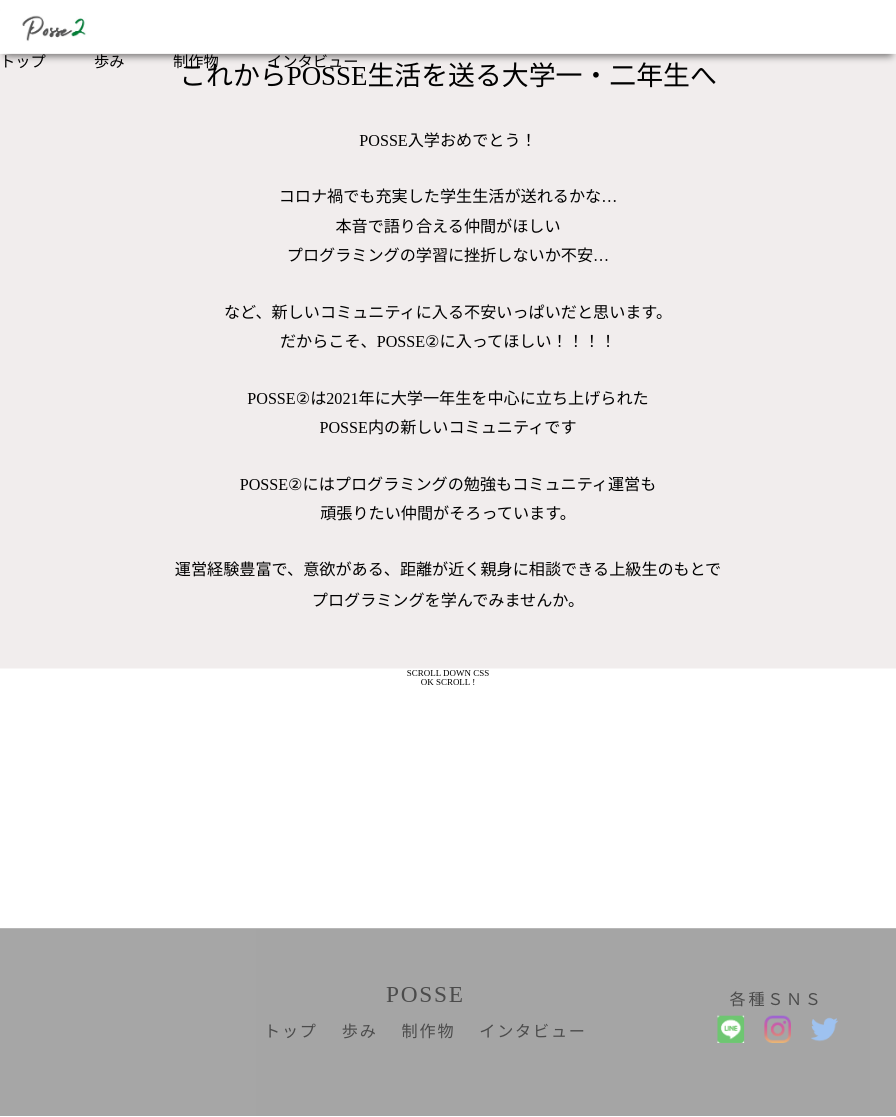
Repository: posse-ap/posse2-hackathon-202202-team2A
Page: topPage/index.html
The author's editor kept a copy of each file at every save. The page is drawn from the files as they stood at one save, then again after a run of saves.
The browser window is 1280 px wide. The pictures show the part of the page from y = 0 to 1920 px (the page is 1595 px tall before and 2698 px after), at 70% of full size.
Some web libraries are served in a nearby version.

Above is the page before, as saved 2022-02-15 03:24:42.

After the next 3 saves:
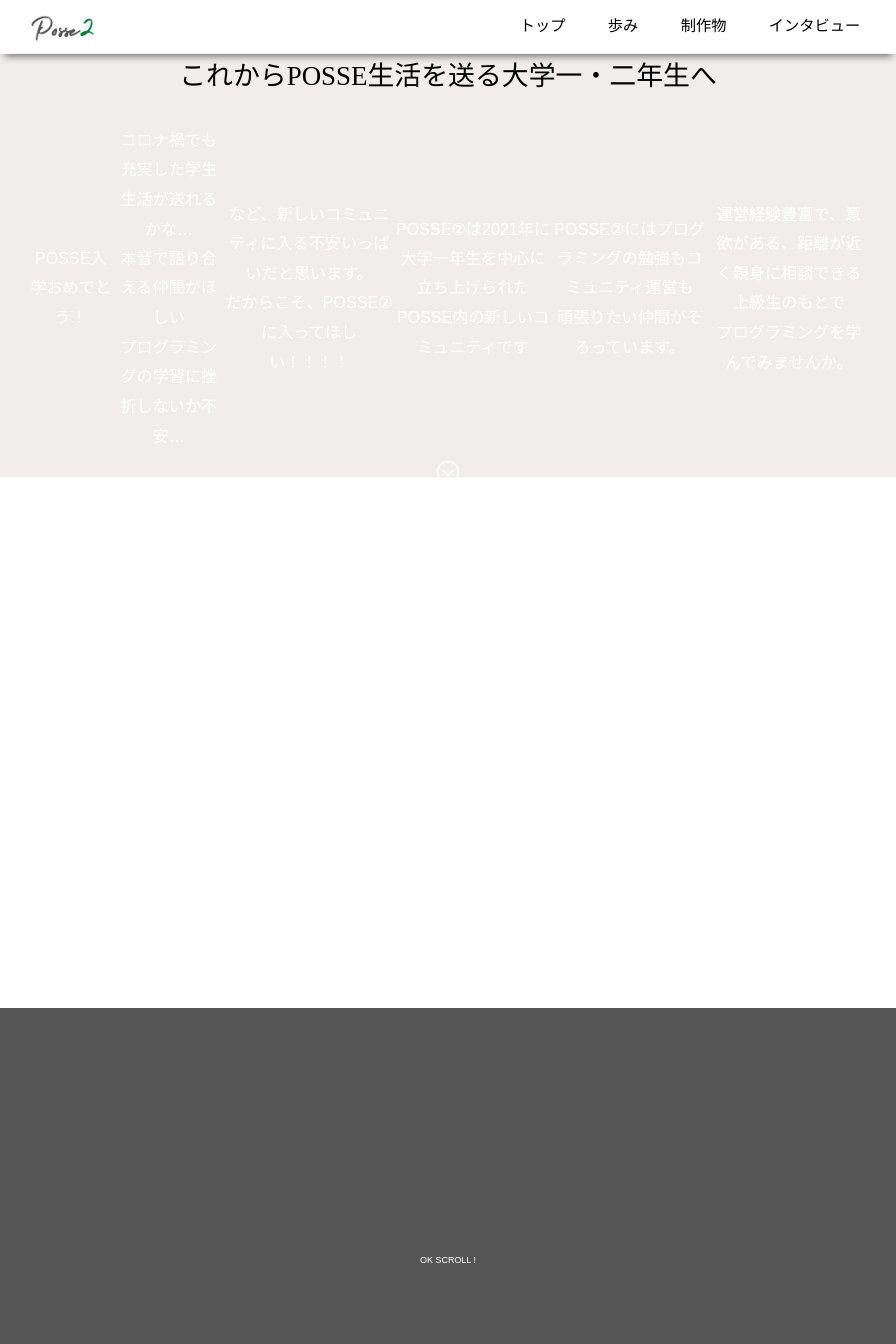
The 3 saves are shown as one change because they came seconds apart.
The last was saved 6 s later.
--- a/topPage/style.css
+++ b/topPage/style.css
@@ -8,7 +8,117 @@
     font-family: "ヒラギノ丸ゴ Pro W4", "ヒラギノ丸ゴ Pro", "Hiragino Maru Gothic Pro", "ヒラギノ角ゴ Pro W3", "Hiragino Kaku Gothic Pro", "HG丸ｺﾞｼｯｸM-PRO", "HGMaruGothicMPRO";
 }
 
-下にスクロールするボタン関連
+/* 下にスクロールするボタン関連 */
+*,
+:after,
+:before {
+    box-sizing: border-box;
+    margin: 0;
+    padding: 0;
+}
+
+section {
+    height: 100vh;
+    width: 100%;
+    display: table;
+
+}
+
+section.ok {
+    background-color: #555;
+}
+
+p {
+    color: white;
+    font-family: arial;
+    display: table-cell;
+    text-align: center;
+    vertical-align: middle;
+}
+
+.scroll-down {
+    opacity: 1;
+    -webkit-transition: all .5s ease-in 3s;
+    transition: all .5s ease-in 3s;
+}
+
+.scroll-down {
+    position: absolute;
+    bottom: 30px;
+    left: 50%;
+    margin-left: -16px;
+    display: block;
+    width: 32px;
+    height: 32px;
+    border: 2px solid #FFF;
+    background-size: 14px auto;
+    border-radius: 50%;
+    z-index: 2;
+    -webkit-animation: bounce 2s infinite 2s;
+    animation: bounce 2s infinite 2s;
+    -webkit-transition: all .2s ease-in;
+    transition: all .2s ease-in;
+    transform: scale(1)
+}
+
+.scroll-down:before {
+    position: absolute;
+    top: calc(50% - 8px);
+    left: calc(50% - 6px);
+    transform: rotate(-45deg);
+    display: block;
+    width: 12px;
+    height: 12px;
+    content: "";
+    border: 2px solid white;
+    border-width: 0px 0 2px 2px;
+}
+
+@keyframes bounce {
+
+    0%,
+    100%,
+    20%,
+    50%,
+    80% {
+        -webkit-transform: translateY(0);
+        -ms-transform: translateY(0);
+        transform: translateY(0);
+    }
+
+    40% {
+        -webkit-transform: translateY(-10px);
+        -ms-transform: translateY(-10px);
+        transform: translateY(-10px);
+    }
+
+    60% {
+        -webkit-transform: translateY(-5px);
+        -ms-transform: translateY(-5px);
+        transform: translateY(-5px);
+    }
+}
+
+.updown {
+    animation-name:updown1;   /* アニメーション名の指定 */
+    animation-delay:0s;   /* アニメーションの開始時間指定 */
+    animation-duration: 3s;   /* アニメーション動作時間の指定 */
+    animation-timing-function: ease-in-out;  /* アニメーションの動き指定（徐々に早く）*/
+    animation-iteration-count: infinite;
+}
+
+@keyframes updown1 {
+  0% {
+    transform: translateY(0);
+  }
+  50% {
+    transform: translateY(-20px);
+  }
+  100% {
+    transform: translateY(0);
+  }
+}
+
 
 .header_content {
     width: 95%;
